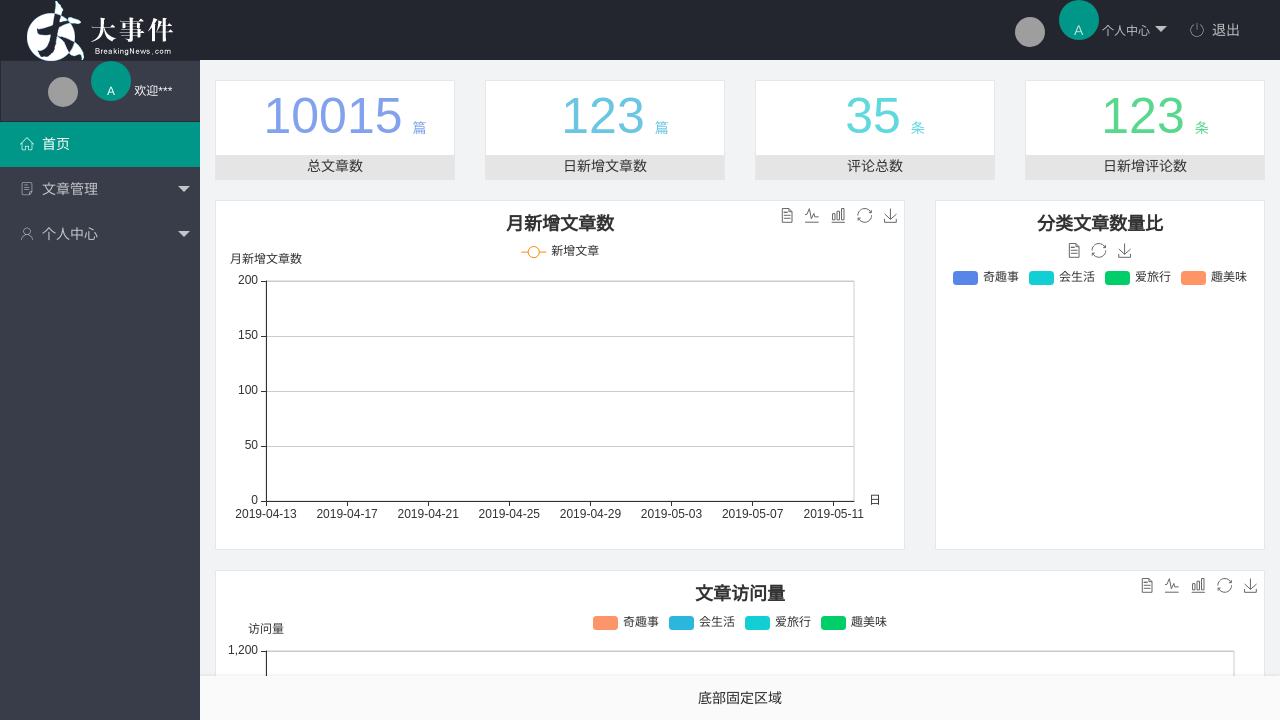
Repository: 1zhoukexin/web_aad
Page: index.html
These files come from the project's save history. The page is drawn as it stood at one moment and after the next save; the edit follows.
The browser window is 1280 px wide. The pictures show the whole page.
Pictures or frames that could not be fetched are drawn as grey boxes.

Above is the page before, as saved 2021-04-16 21:08:26.

After the next save:
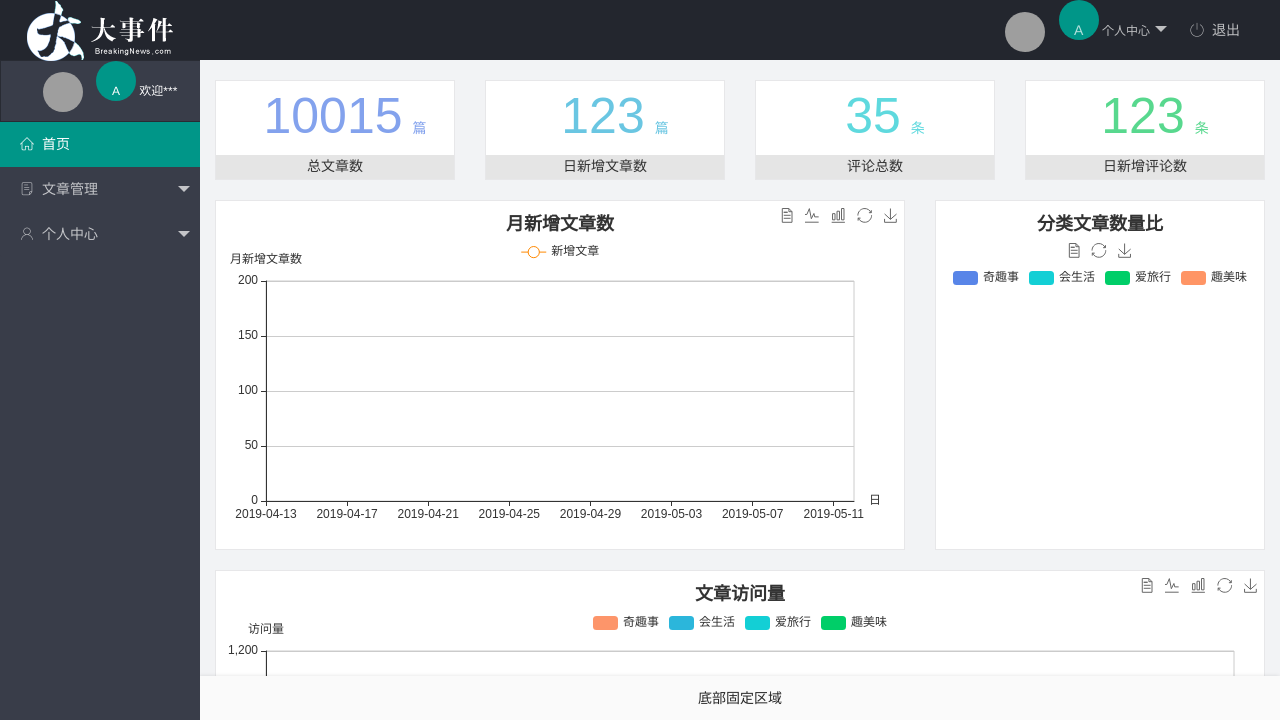
Saved 30 s later.
--- a/assets/css/index.css
+++ b/assets/css/index.css
@@ -36,6 +36,11 @@ a {
     border: solid 1px #282b33;
 }
 
+.layui-nav-img {
+    width: 40px;
+    height: 40px;
+}
+
 .text-avatar {
     display: inline-block;
     width: 40px;
